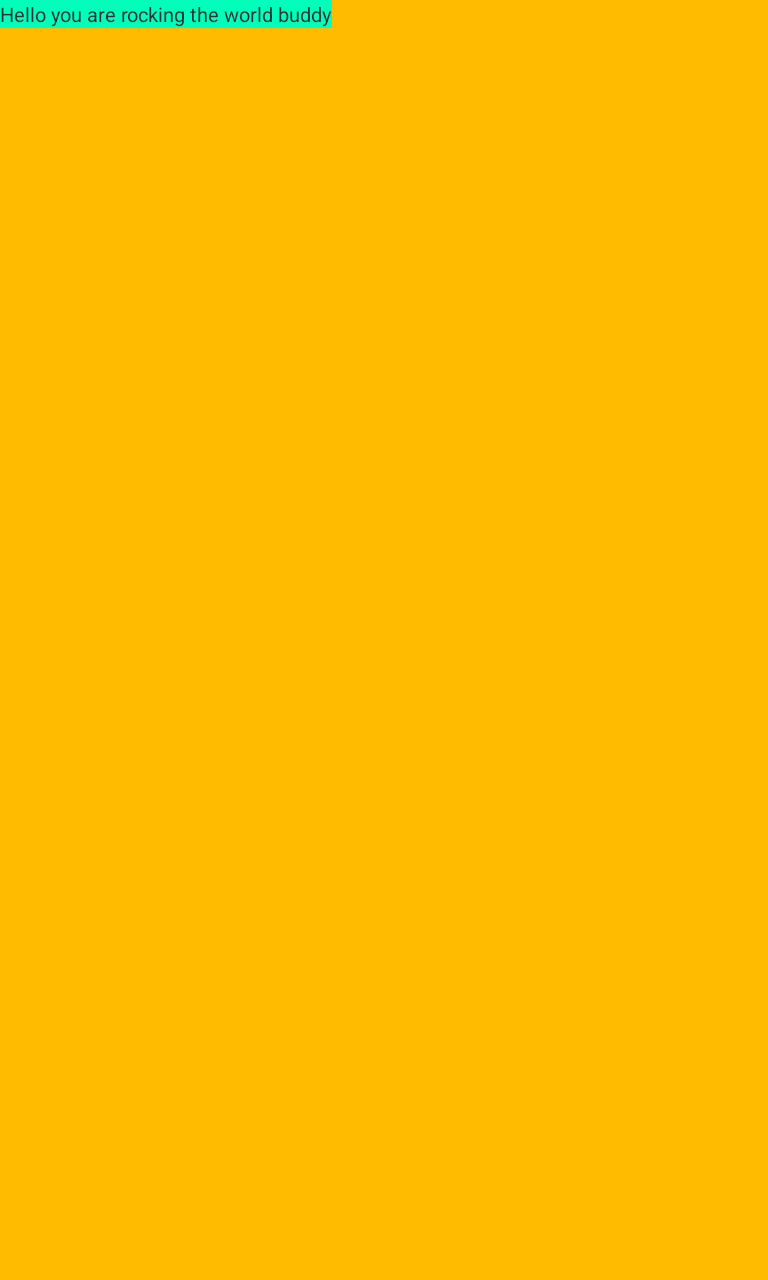
Repository: Sandesh-gowda/AndroidBeginners
Layout: ADTFragment/res/layout/my_frag_layout.xml
An editor plug-in stored every save of this project. The layout is shown before and after the next save, followed by the edit.
It is drawn on a 768 x 1280 px phone screen (xhdpi) without system bars, with theme AppTheme; the app's code is not run.

Above is the layout before, as saved 2015-01-27 06:26:28.

### ADTFragment/res/layout/my_frag_layout.xml
<?xml version="1.0" encoding="utf-8"?>
<LinearLayout xmlns:android="http://schemas.android.com/apk/res/android"
    android:layout_width="match_parent"
    android:layout_height="match_parent"
    android:background="#FFBB00"
    android:orientation="vertical" >

    <TextView
        android:id="@+id/textView1"
        android:layout_width="wrap_content"
        android:layout_height="wrap_content"
        android:background="#00FFBB"
        android:textSize="10sp"
        android:text="Hello you are rocking the world buddy"/>

</LinearLayout>

Loaded but not shown: ADTFragment/res/values/styles.xml (common file); ADTFragment/res/values-v11/styles.xml (common file); ADTFragment/res/values-v14/styles.xml (common file)

After the next save:
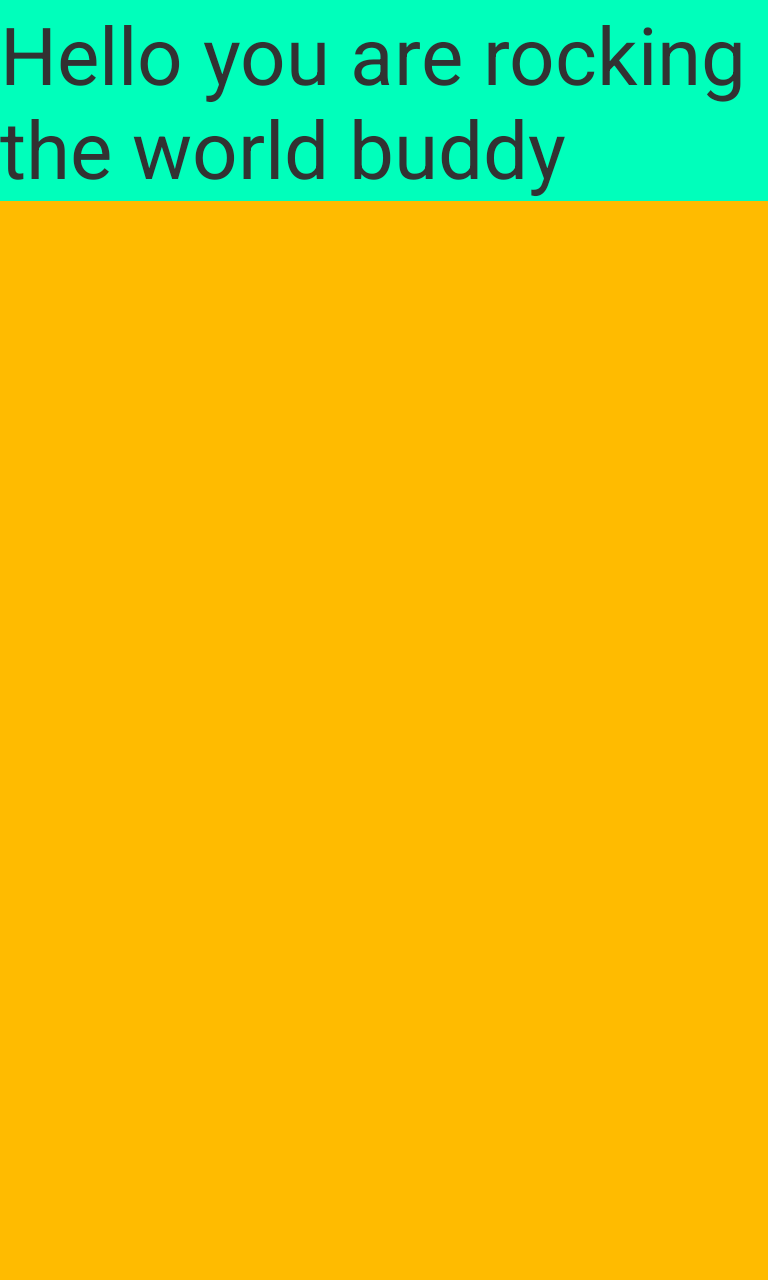
Saved 6 s later.
--- a/ADTFragment/res/layout/my_frag_layout.xml
+++ b/ADTFragment/res/layout/my_frag_layout.xml
@@ -10,7 +10,7 @@
         android:layout_width="wrap_content"
         android:layout_height="wrap_content"
         android:background="#00FFBB"
-        android:textSize="10sp"
+        android:textSize="40sp"
         android:text="Hello you are rocking the world buddy"/>
 
 </LinearLayout>
